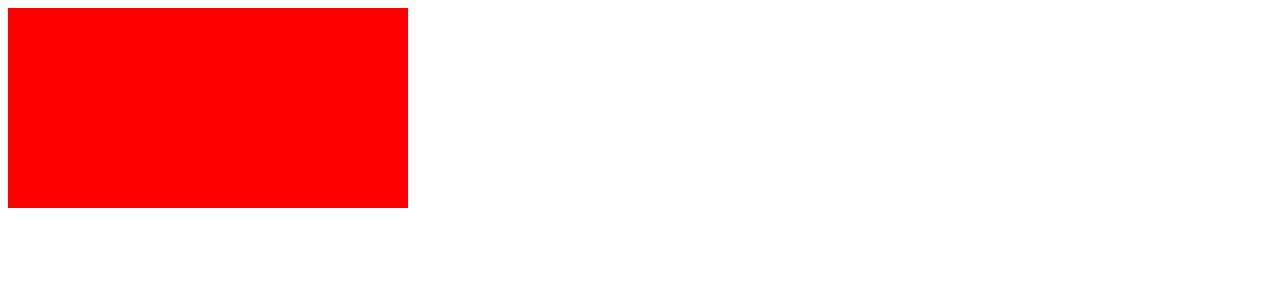
Repository: 9136424556/todo01
Page: coachtech/html-css/css1-13問.html
An editor plug-in stored every save of this project. The page is shown before and after the next save, followed by the edit.
The browser window is 1280 px wide. The pictures show the whole page.

Above is the page before, as saved 2023-11-27 12:26:45.

After the next save:
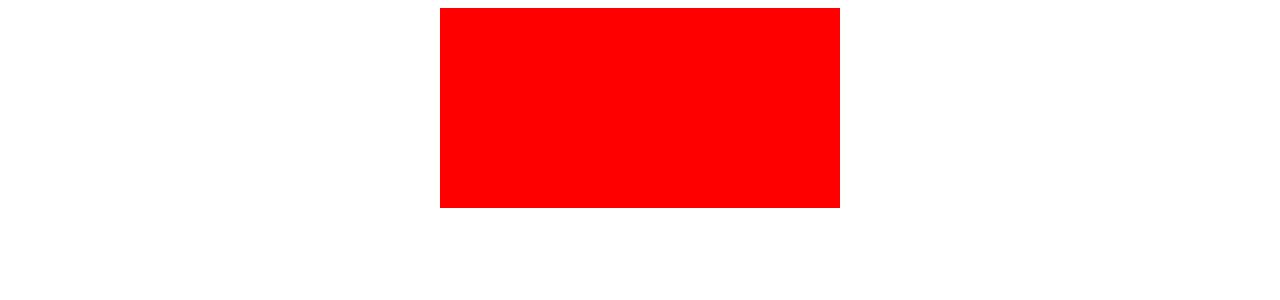
Saved 53 s later.
--- a/coachtech/html-css/css/css1-13問.css
+++ b/coachtech/html-css/css/css1-13問.css
@@ -3,5 +3,5 @@
     height: 200px;
     margin: 50px;
     background-color: red;
-    margin: 0px;
+    margin: 0px auto;
 }
